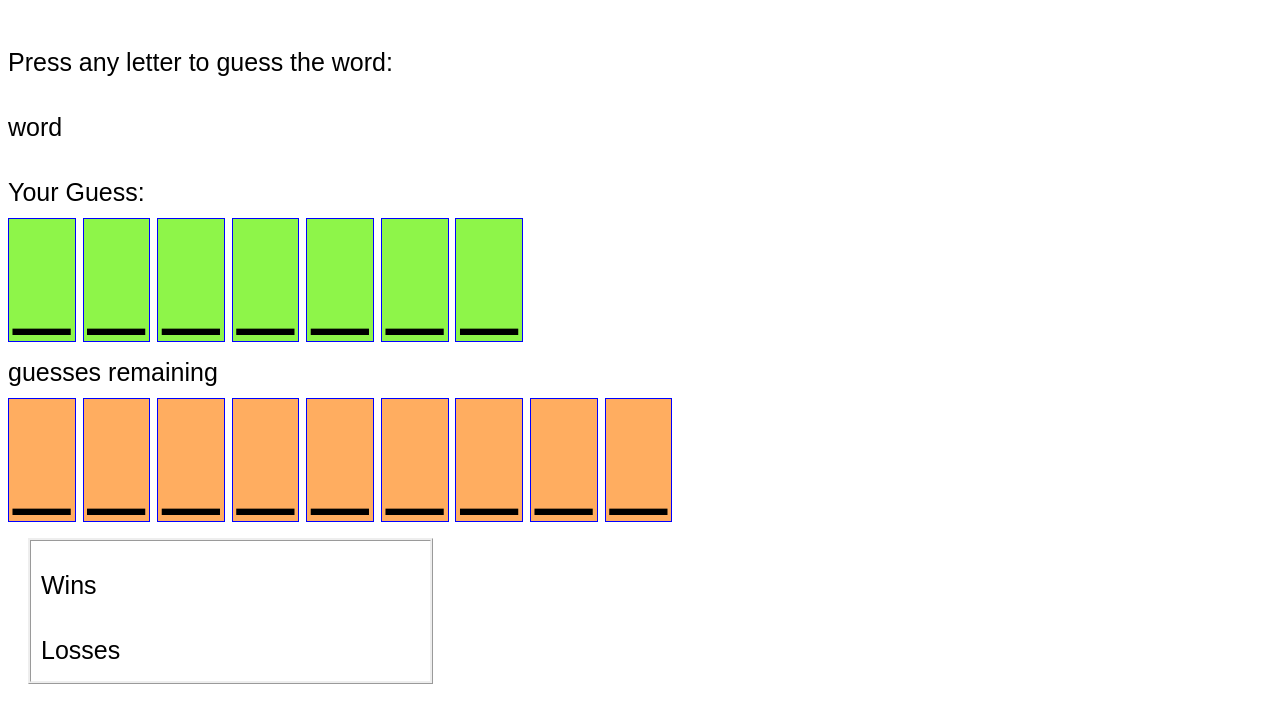
Repository: dsaftler/JavaScript
Page: index.html
These files come from the project's save history. The page is drawn as it stood at one moment and after the next save; the edit follows.
The browser window is 1280 px wide. The pictures show the whole page.

Above is the page before, as saved 2019-03-30 21:28:02.

After the next save:
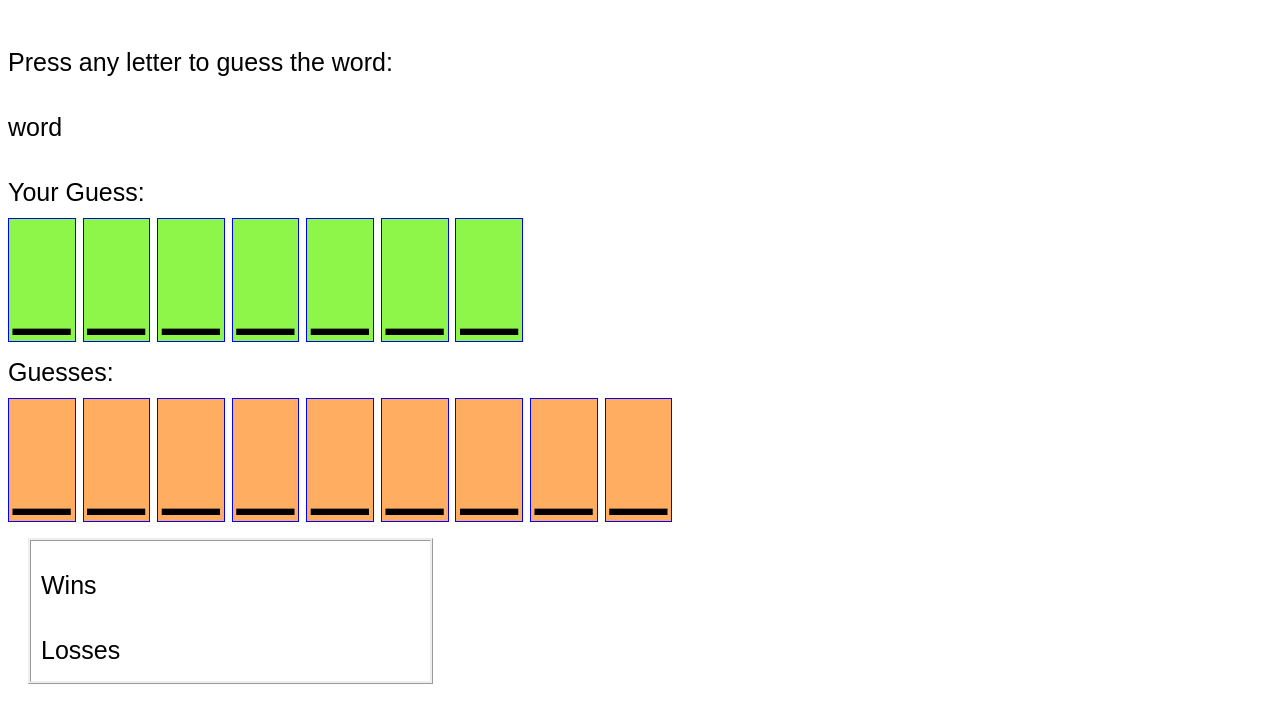
Saved 9 s later.
--- a/index.html
+++ b/index.html
@@ -25,7 +25,7 @@
          <div class="letter match" id="chr_6">_</div>
 
 
-        <div class="guesses showtext" id="showRemaining">guesses remaining </div>
+        <div class="guesses showtext" id="showRemaining">Guesses: </div>
 
         <div class="letter guessed" id="guess_0">_</div>
         <div class="letter guessed" id="guess_1">_</div>
